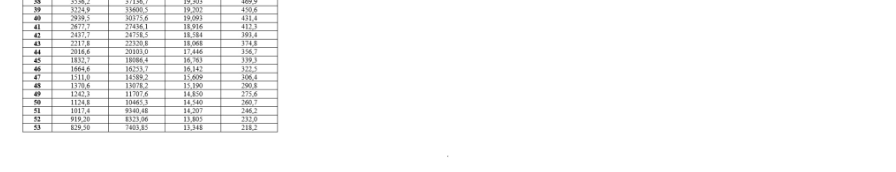
Repository: Ikromkhurozov/exam-inst
Page: index.html
These files come from the project's save history. The page is drawn as it stood at one moment and after a run of saves; the edit follows.
The browser window is 1280 px wide. The pictures show the part of the page from y = 1492 to 3412 px (the page is 1737 px tall before and 3431 px after), at 70% of full size.

Above is the page before, as saved 2023-05-26 09:47:26.

After the next 2 saves:
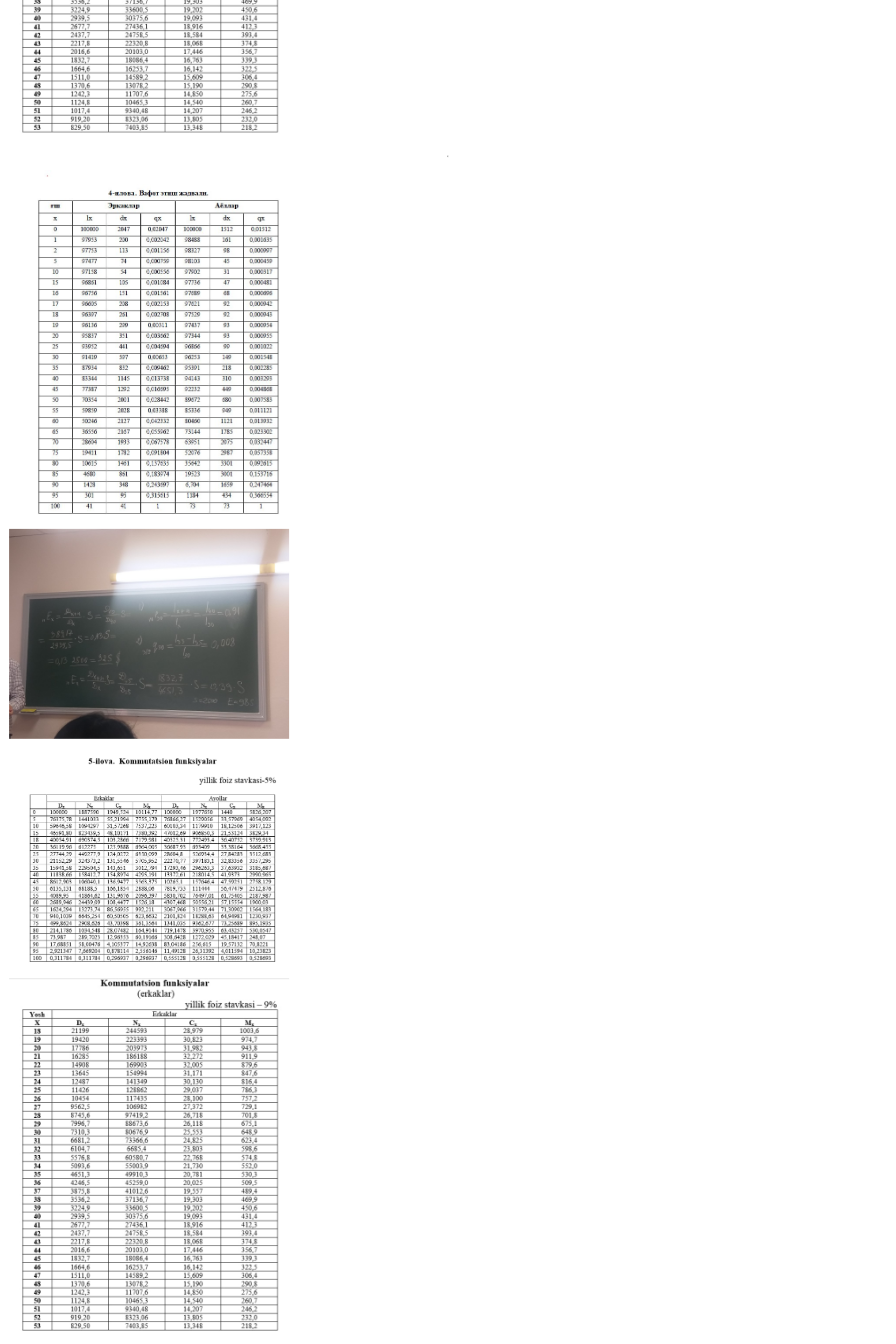
The 2 saves are shown as one change because they came seconds apart.
The last was saved 9 s later.
--- a/index.html
+++ b/index.html
@@ -30,6 +30,10 @@
 
   <hr>
 
+  <img src="/p1.jpg" alt="p1">
+  <img src="/p4.jpg" alt="p4">
+  <img src="/p2.jpg" alt="p2">
+  <img src="/p3.jpg" alt="p3">
 
 
   <script src="./script.js"></script>
